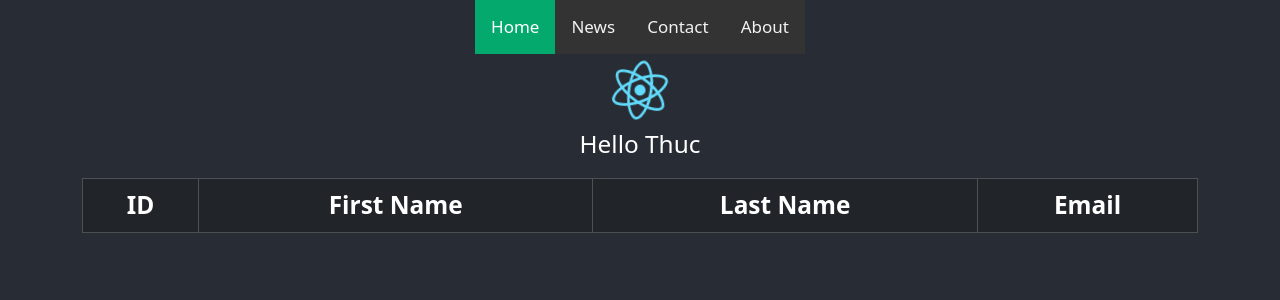
Repository: ThucSkin/React-hook-basic
Page: /
These files come from the project's save history. The page is drawn as it stood at one moment and after a run of saves; the edit follows.
The browser window is 1280 px wide. The pictures show the whole page.
The page's requests for data from a server got no answer. The project was rebuilt for these pictures with package versions that can differ from the ones it lists, and the page was loaded fresh each time. No one was signed in, and anything a server would have sent is missing. Also part of the build but not shown: src/views/Todo.js.

Above is the page before, as saved 2023-06-11 03:50:26.

### src/App.js
import logo from './logo.svg';
import './App.css';
import Nav from './views/Nav';
import { useState, useEffect } from 'react';
import Todo from './views/Todo';
import TableApi from './views/TableApi/TableApi';
import { Container } from 'react-bootstrap';


const App = () => {
  //state hook
  let [name, setName] = useState('Thuc');
  const [age, setAge] = useState('');
  const [todos, setTodos] = useState([
    { id: '1', name: 'Lan' },
    { id: '2', name: 'CC' },
    { id: '2', name: 'game' }
  ])
  // didmount
  useEffect(() => {

  }, [age])

  const handleClickMe = () => {
    if (!age) {
      alert('Please enter a valid age');
      return
    }
    let newTodo = { id: Math.floor(Math.random() * 100) + 1, name: age };
    setTodos([...todos, newTodo])
    setAge('');
  }
  const handleAge = (e) => {
    setAge(e.target.value);
  }
  const deleteDataTodo = (id) => {
    let curentTodo = todos;
    curentTodo = curentTodo.filter(item => item.id !== id);
    setTodos(curentTodo);
  }
  //re-render
  return (
    <div className="App">
      <header className="App-header">
        <Nav />
        <img src={logo} className="App-logo" alt="logo" />
        <p>
          Hello {name}
        </p>
        <Container>
          <TableApi />
        </Container>
        {/* <Todo
          //props:value
          todos={todos}
          deleteDataTodo={deleteDataTodo}
        />
        <input type='text' value={age} onChange={(e) => handleAge(e)} />
        <button onClick={() => handleClickMe()} type='button'>Click me!</button> */}

      </header>
    </div>
  );
}

export default App;

### src/App.css
.App {
  text-align: center;
}

.App-logo {
  height: 10vmin;
  pointer-events: none;
}

@media (prefers-reduced-motion: no-preference) {
  .App-logo {
    animation: App-logo-spin infinite 20s linear;
  }
}

.App-header {
  background-color: #282c34;
  min-height: 100vh;
  display: flex;
  flex-direction: column;
  align-items: center;
  /* justify-content: center; */
  font-size: calc(10px + 2vmin);
  color: white;
}

.App-link {
  color: #61dafb;
}

@keyframes App-logo-spin {
  from {
    transform: rotate(0deg);
  }
  to {
    transform: rotate(360deg);
  }
}

### src/views/Nav.js
import './Nav.scss'

const Nav = () => {
    return (
        <div className="topnav">
            <a className="active" href="#home">Home</a>
            <a href="#news">News</a>
            <a href="#contact">Contact</a>
            <a href="#about">About</a>
        </div>
    )
}

export default Nav;

### src/views/TableApi/TableApi.js
import Table from 'react-bootstrap/Table';
import 'bootstrap/dist/css/bootstrap.min.css';
import { useEffect, useState } from 'react';
import axios from 'axios';

function TableApi() {
    const [dataUsers, setDataUsers] = useState([])
    //didmount
    useEffect(() => {
        // khai báo hàm lấy data
        const fetchData = async () => {
            let res = await axios('https://reqres.in/api/users?page=1');
            let data = res.data.data && res.data ? res.data : [];
            setDataUsers(data.data);
        }
        // gọi hàm
        fetchData().catch(console.error);
    }, [])

    return (
        <Table striped bordered hover variant="dark">
            <thead>
                <tr>
                    <th>ID</th>
                    <th>First Name</th>
                    <th>Last Name</th>
                    <th>Email</th>
                </tr>
            </thead>
            <tbody>
                {dataUsers && dataUsers.length > 0 &&
                    dataUsers.map(item => {
                        return (
                            <tr key={item.id}>
                                <td>{item.id}</td>
                                <td>{item.first_name}</td>
                                <td>{item.last_name}</td>
                                <td>{item.email}</td>
                                <td>
                                    <img src={item.avatar}></img>
                                </td>
                            </tr>
                        )
                    })
                }


            </tbody>
        </Table>
    );
}

export default TableApi;

### src/views/Nav.scss
body {
    margin: 0;
    font-family: Arial, Helvetica, sans-serif;

    .topnav {
        overflow: hidden;
        background-color: #333;

        a {
            float: left;
            color: #f2f2f2;
            text-align: center;
            padding: 14px 16px;
            text-decoration: none;
            font-size: 17px;
        }

        a:hover {
            background-color: #ddd;
            color: black;
        }

        a.active {
            background-color: #04AA6D;
            color: white;
        }
    }
}

Loaded but not shown: public/index.html (common file); src/index.js (common file); src/index.css (common file); src/reportWebVitals.js (common file)

After the next 2 saves:
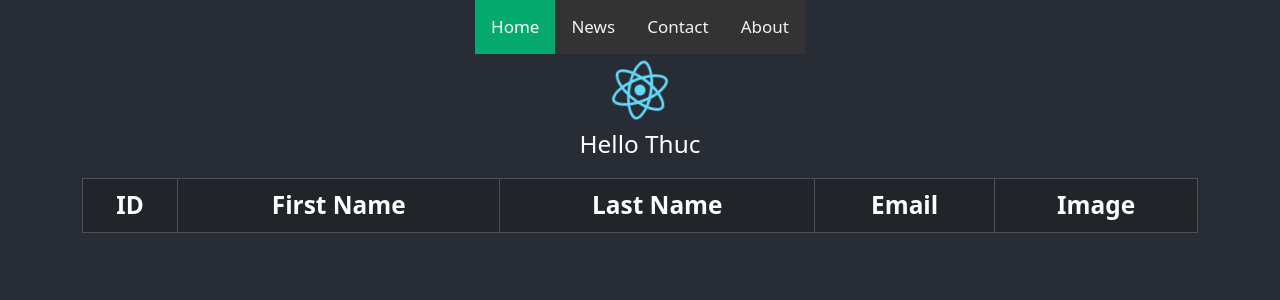
The 2 saves are shown as one change because they came seconds apart.
The last was saved 52 s later.
--- a/src/views/TableApi/TableApi.js
+++ b/src/views/TableApi/TableApi.js
@@ -25,6 +25,7 @@
                     <th>First Name</th>
                     <th>Last Name</th>
                     <th>Email</th>
+                    <th>Image</th>
                 </tr>
             </thead>
             <tbody>
@@ -37,7 +38,7 @@
                                 <td>{item.last_name}</td>
                                 <td>{item.email}</td>
                                 <td>
-                                    <img src={item.avatar}></img>
+                                    <img className='img-users' src={item.avatar}></img>
                                 </td>
                             </tr>
                         )
